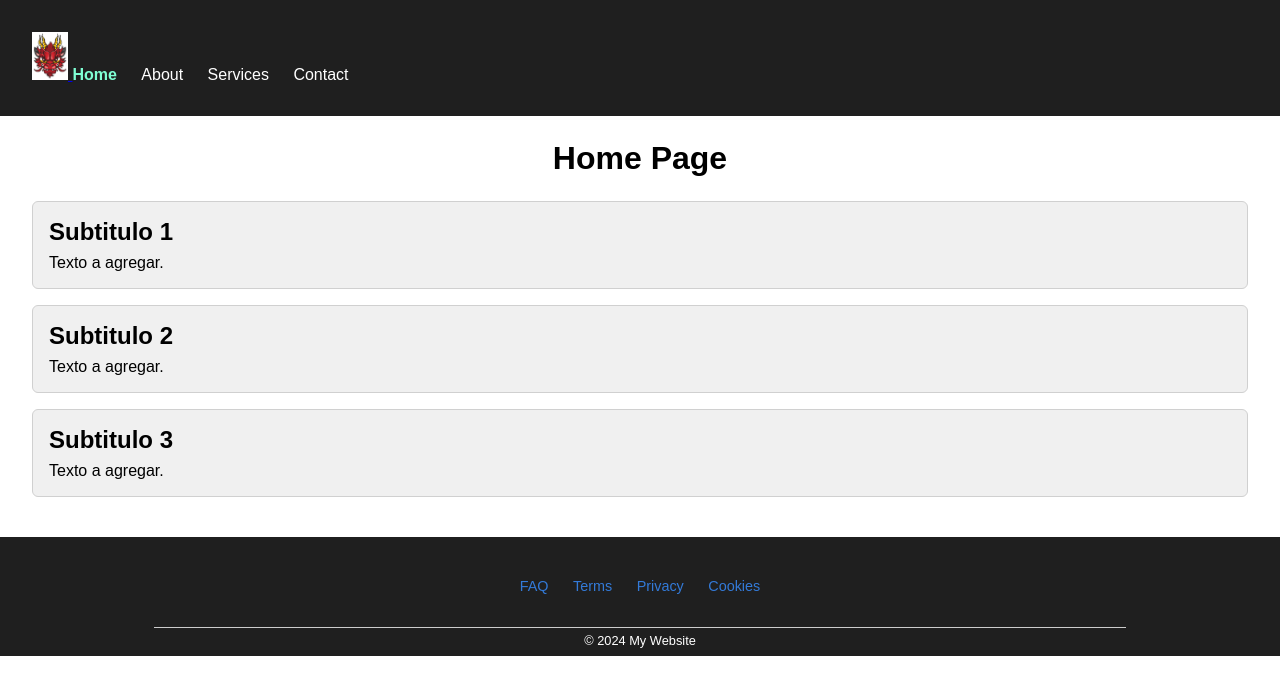
Repository: andreamm-lab/basic-navigation-example-2025-10
Page: index.html
These files come from the project's save history. The page is drawn as it stood at one moment and after the next save; the edit follows.
The browser window is 1280 px wide. The pictures show the whole page.

Above is the page before, as saved 2025-11-06 18:51:04.

After the next save:
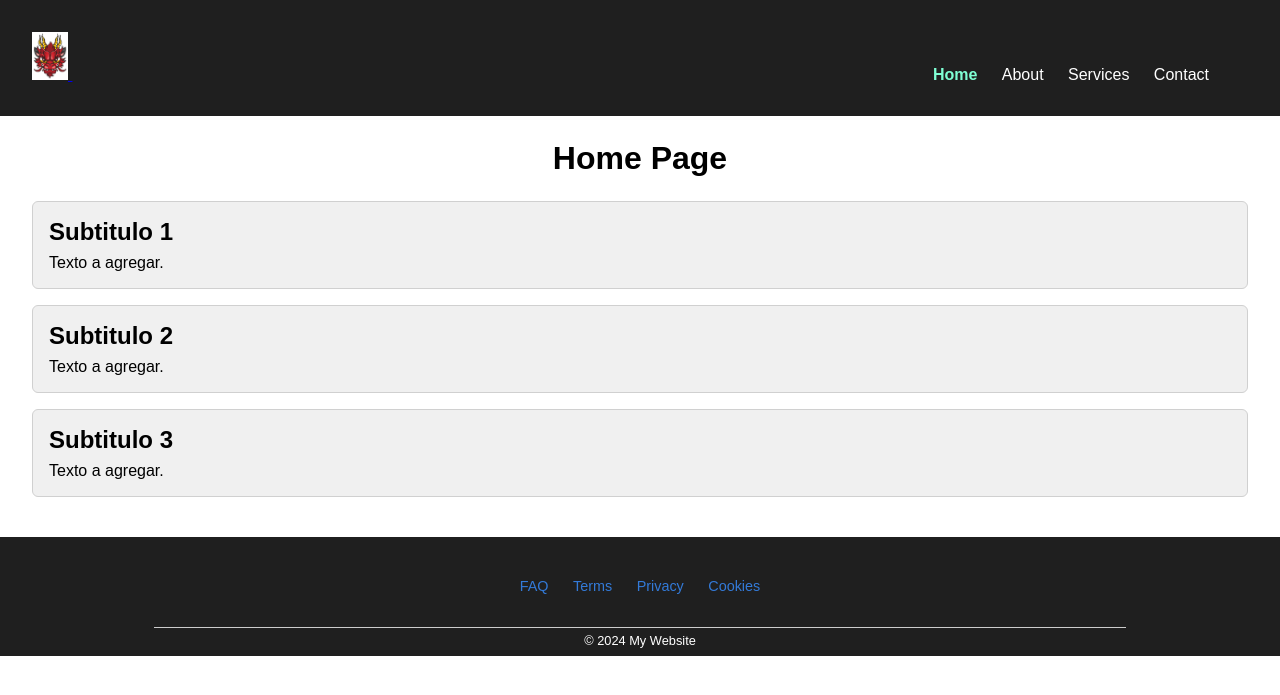
Saved 10 s later.
--- a/main.css
+++ b/main.css
@@ -30,6 +30,10 @@ nav img {
     background-color: white;
 }
 
+.spacer {
+    display: inline-block;
+    width: calc(100% - 40px - 320px);
+}
 
 nav ul {
     list-style: none;
